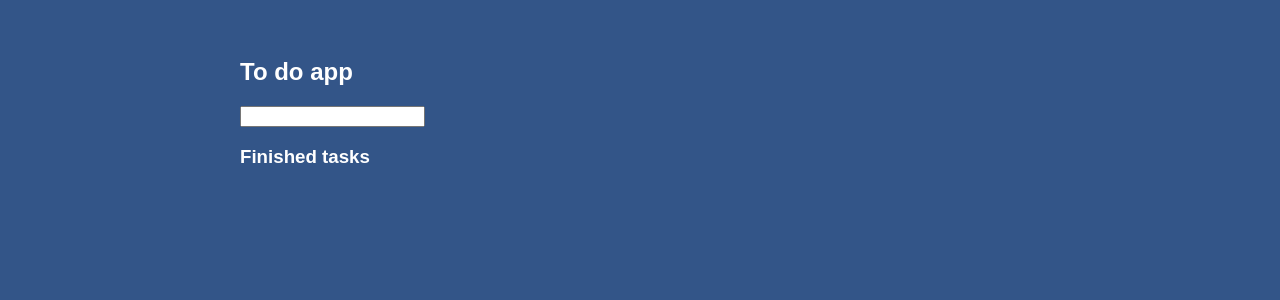
Repository: minsuk1/portfolio
Page: a.html
An editor plug-in stored every save of this project. The page is shown before and after the next save, followed by the edit.
The browser window is 1280 px wide. The pictures show the whole page.
Some web libraries are served in a nearby version.

Above is the page before, as saved 2021-01-02 13:54:09.

### a.html
<html>
    <head>
        <style>
            body { background: #358; color: #fff; padding: 50px; font-family: sans-serif; }
            a { color: #fff; font-size: 40px; }

            section {
                width: 800px;
                margin: 0px auto;
            }

            .task {
                width: 400px;
            }

            .strikeout {
                text-decoration: line-through;
            }
        </style>
        <script type="text/javascript" src="http://code.jquery.com/jquery-1.11.1.min.js"></script>
    </head>
    <body>

        <section>
            <h1>To do app</h1>

            <form>
                <input type="text" id="task" />
            </form>

            <div id="tasks">
            </div>

            <div id="done">
                <h3>Finished tasks</h3>

            </div>
        </section>

        <script>


            $('form').on('submit', function(e) {
                e.preventDefault();

                var newtask = $('#task').val();
                var task_elem = $('<div>')
                    .append('<input type="checkbox">')
                    .addClass('task')
                    .append("<span><i class='fas fa-trash'></i></span>")
                    .append(newtask);
                $('#tasks').append(task_elem);

                $.ajax({
                    url: '/',
                    method: 'post',
                    dataType: 'json',
                    data: {
                        task: newtask,
                    },
                    success: function(response) {
                        console.log(response);
                        console.log(JSON.stringify(response));
                    },
                });

            });

            $('body').on('click', 'input[type="checkbox"]', function() {
                var task = $(this).parents('.task');

                if(task.hasClass('strikeout')) {
                    task.removeClass('strikeout');
                    task.appendTo($('#tasks'));
                } else {
                    //task.append("<button>삭제</button>")
                    task.addClass('strikeout')
                   // task.append("<button><i class='fas fa-trash'></i></button>")

                    task.appendTo($('#done'));

                }
            });

            $('div').on("click", "span", function(event) {
            event.stopPropagation();
            $(this).parent().fadeOut(500, function(){
            $(this).remove();
            });
            });

        </script>
        <script src="https://kit.fontawesome.com/0f77f25011.js"></script>
    </body>
</html>

After the next save:
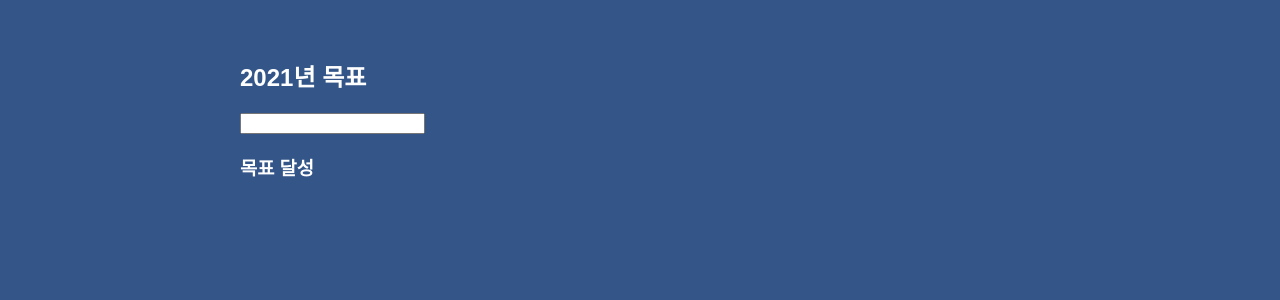
Saved 24 s later.
--- a/a.html
+++ b/a.html
@@ -22,7 +22,7 @@
     <body>
 
         <section>
-            <h1>To do app</h1>
+            <h1>2021년 목표</h1>
 
             <form>
                 <input type="text" id="task" />
@@ -32,7 +32,7 @@
             </div>
 
             <div id="done">
-                <h3>Finished tasks</h3>
+                <h3>목표 달성</h3>
 
             </div>
         </section>
